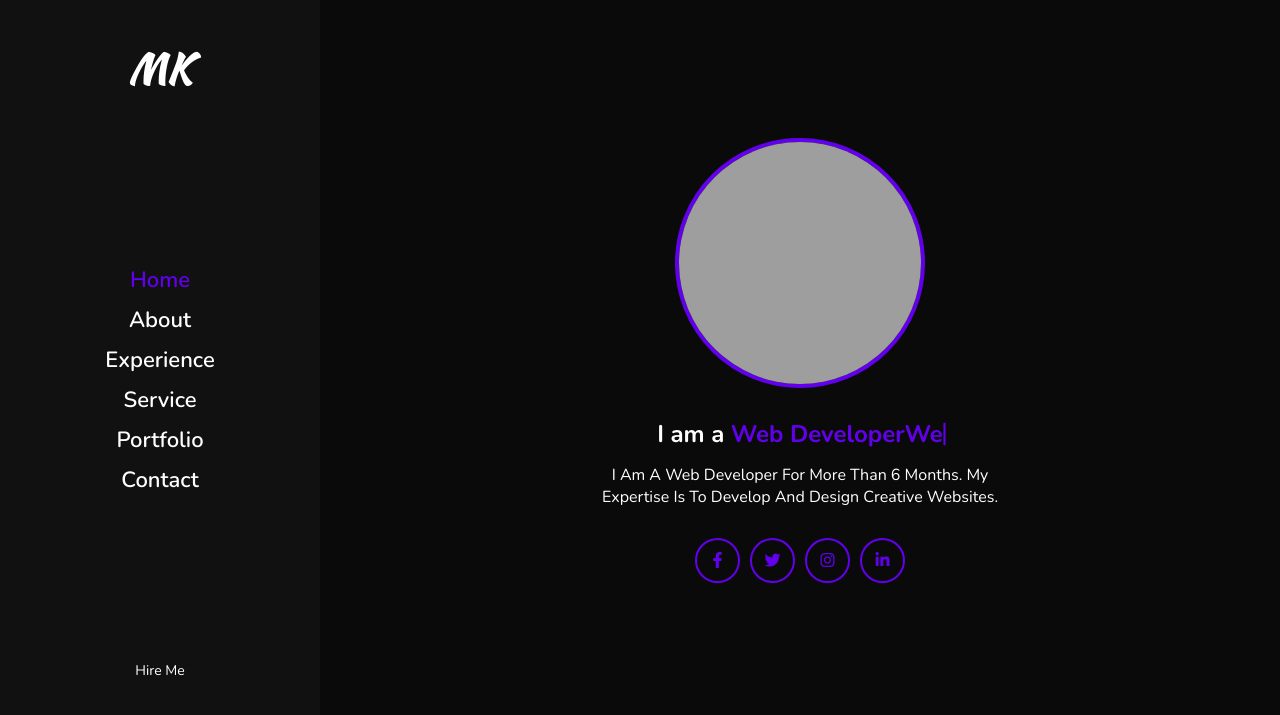
Repository: mk0144/Personal-Portfolio
Page: index.html
The author's editor kept a copy of each file at every save. The page is drawn from the files as they stood at one save, then again after a run of saves.
The browser window is 1280 px wide. The pictures show the whole page.
Pictures or frames that could not be fetched are drawn as grey boxes. Some web libraries are served in a nearby version.

Above is the page before, as saved 2022-05-21 21:01:06.

After the next 2 saves:
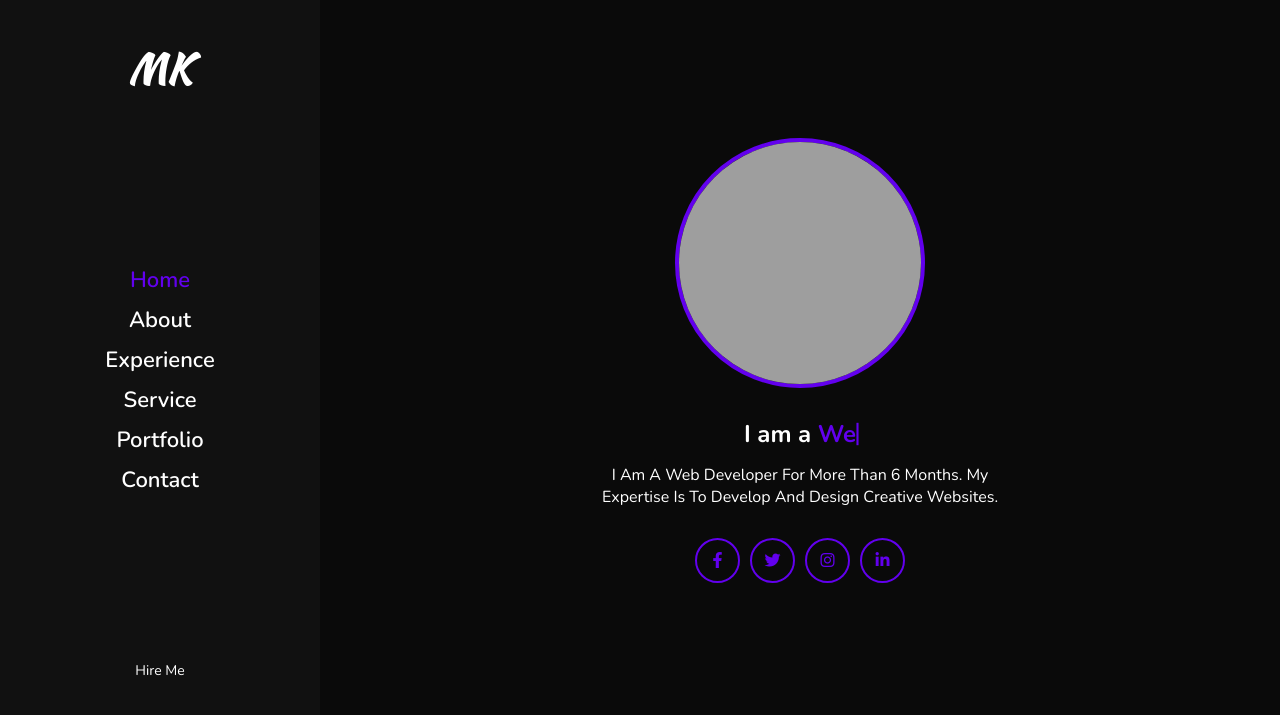
The 2 saves are shown as one change because they came seconds apart.
The last was saved 7 s later.
--- a/js/script.js
+++ b/js/script.js
@@ -21,10 +21,12 @@ setInterval(function () {
     charPos++;
     console.log("if");
   } else if (roles[roles.length - 1].length !== charPos) {
+    document.getElementById("roleText").innerHTML = null;
     rolesI++;
     charPos = 0;
     console.log("else's else");
   } else {
+    document.getElementById("roleText").innerHTML = null;
     rolesI = 0;
     charPos = 0;
     console.log("else's if");
